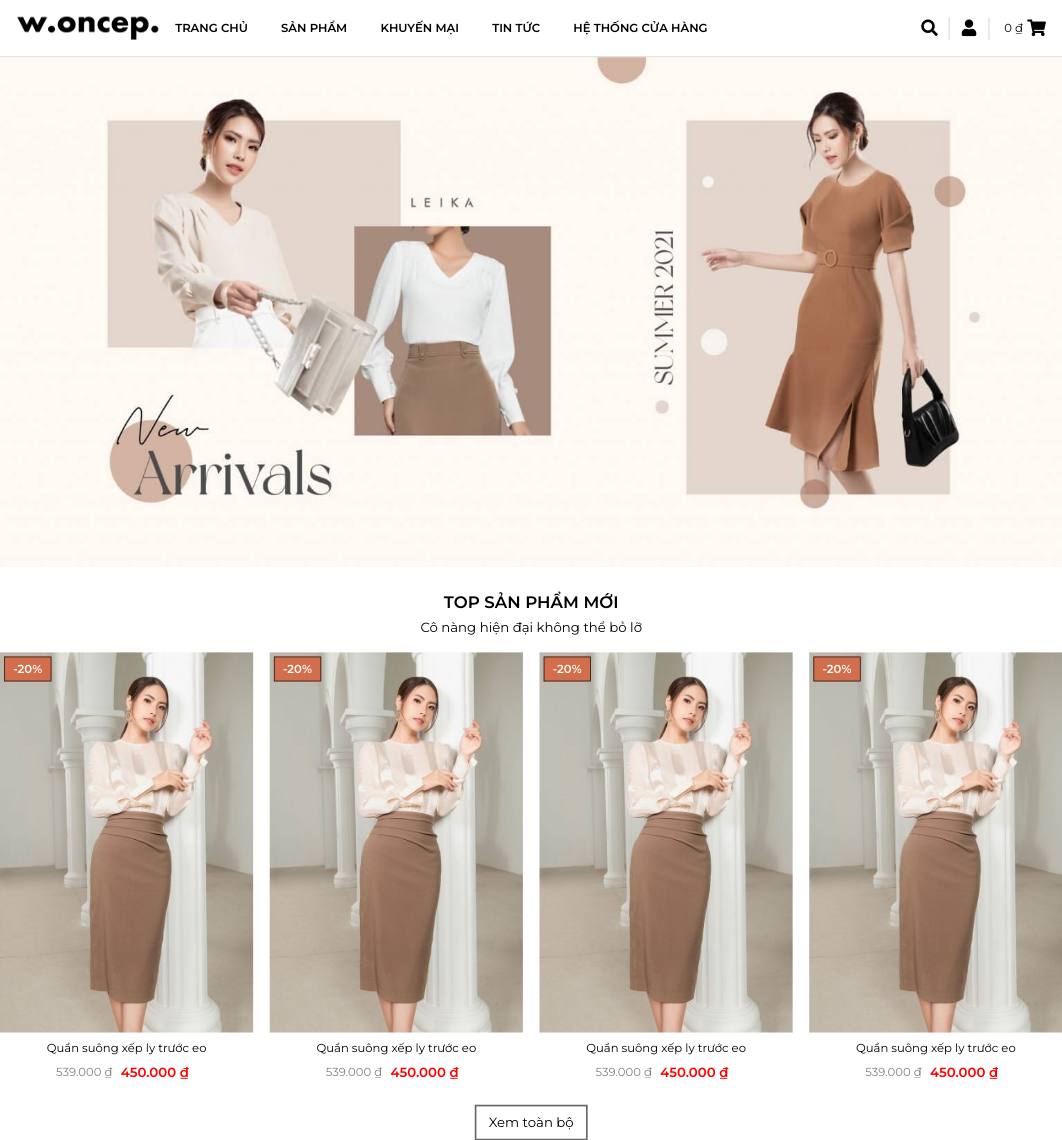
Repository: Nguyenductuan-dev/bt_j2team
Page: index.html
These files come from the project's save history. The page is drawn as it stood at one moment and after the next save; the edit follows.
The browser window is 1280 px wide. The pictures show the whole page, at 83% of full size.

Above is the page before, as saved 2021-12-12 15:39:56.

After the next save:
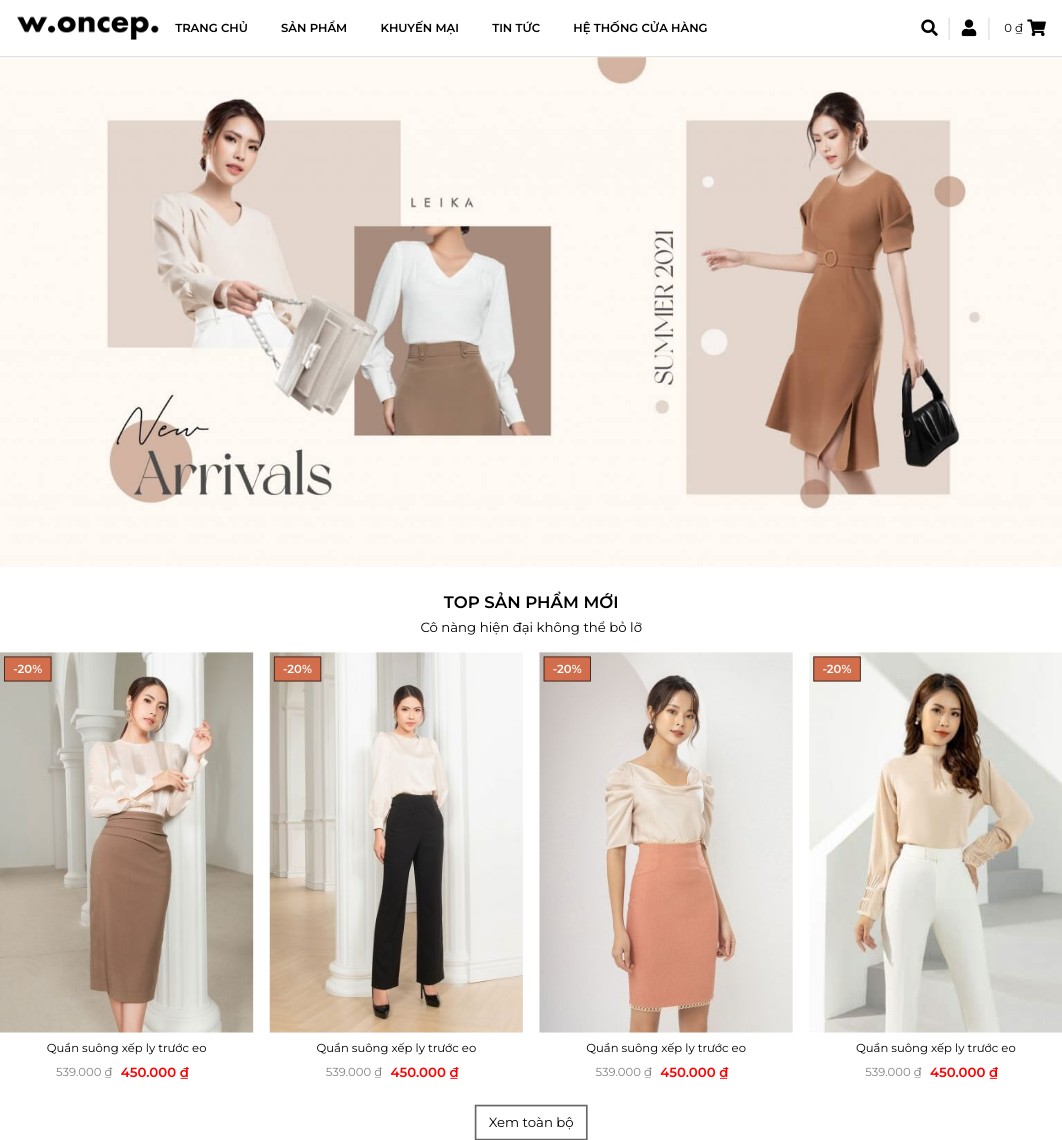
Saved 47 s later.
--- a/index.html
+++ b/index.html
@@ -107,7 +107,7 @@
                     </div>
                     <div class="home__product-item">
                         <a href="" class="home__product-item__link">
-                            <img src="./images/product1.jpg" alt="" class="home__product-item__img">
+                            <img src="./images/product2.jpg" alt="" class="home__product-item__img">
                         </a>
 
                         <a href="">
@@ -127,7 +127,7 @@
                     </div>
                     <div class="home__product-item">
                         <a href="" class="home__product-item__link">
-                            <img src="./images/product1.jpg" alt="" class="home__product-item__img">
+                            <img src="./images/product3.jpg" alt="" class="home__product-item__img">
                         </a>
 
                         <a href="">
@@ -147,7 +147,7 @@
                     </div>
                     <div class="home__product-item">
                         <a href="" class="home__product-item__link">
-                            <img src="./images/product1.jpg" alt="" class="home__product-item__img">
+                            <img src="./images/product4.jpg" alt="" class="home__product-item__img">
                         </a>
 
                         <a href="">
